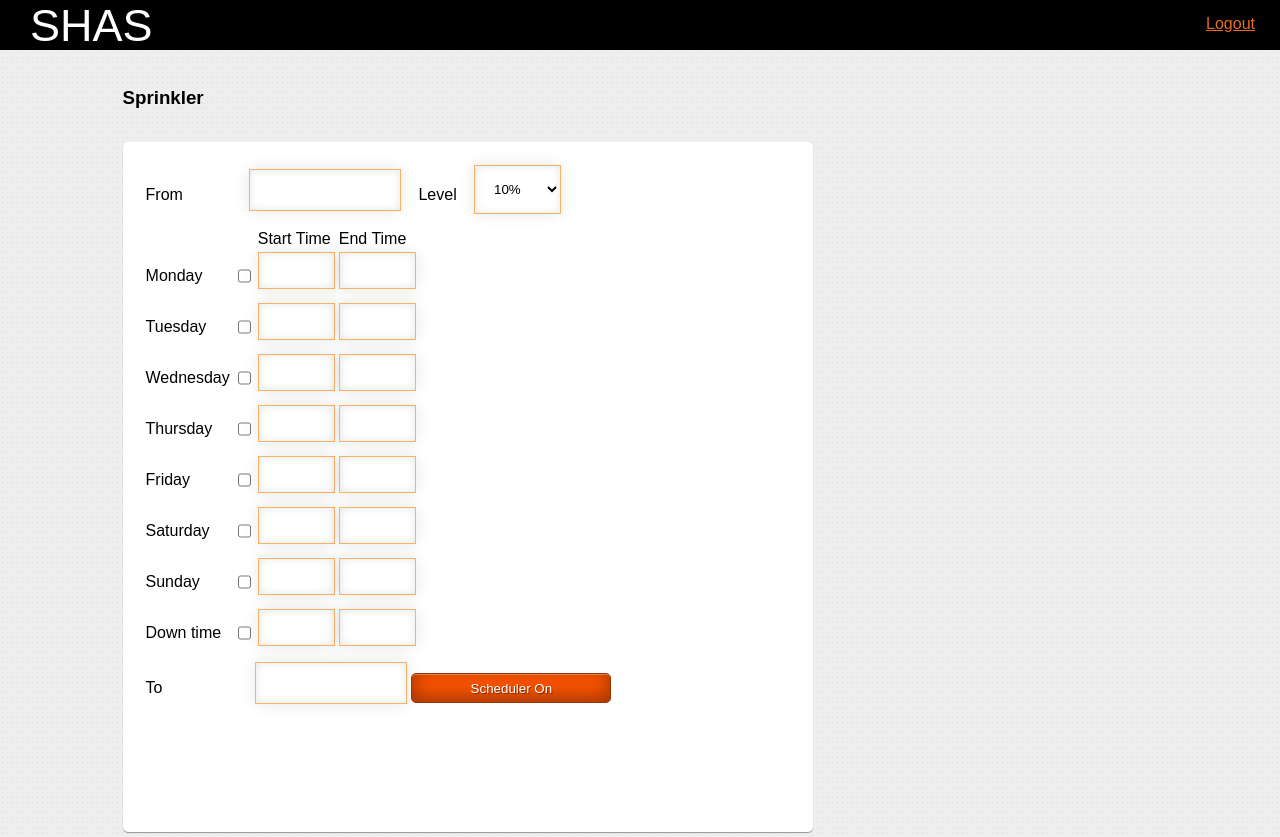
Repository: hassan-stash/shas
Page: http://localhost/SHAS/SprinklerGUI.jsp
These files come from the project's save history. The page is drawn as it stood at one moment and after the next save; the edit follows.
The browser window is 1280 px wide. The pictures show the whole page.
The page is served by Tomcat 9. The template is opened directly, without the code that normally fills it, so the values that code supplies are empty.

Above is the page before, as saved 2013-04-06 23:39:20.
Console error: ReferenceError: initMenu is not defined

After the next save:
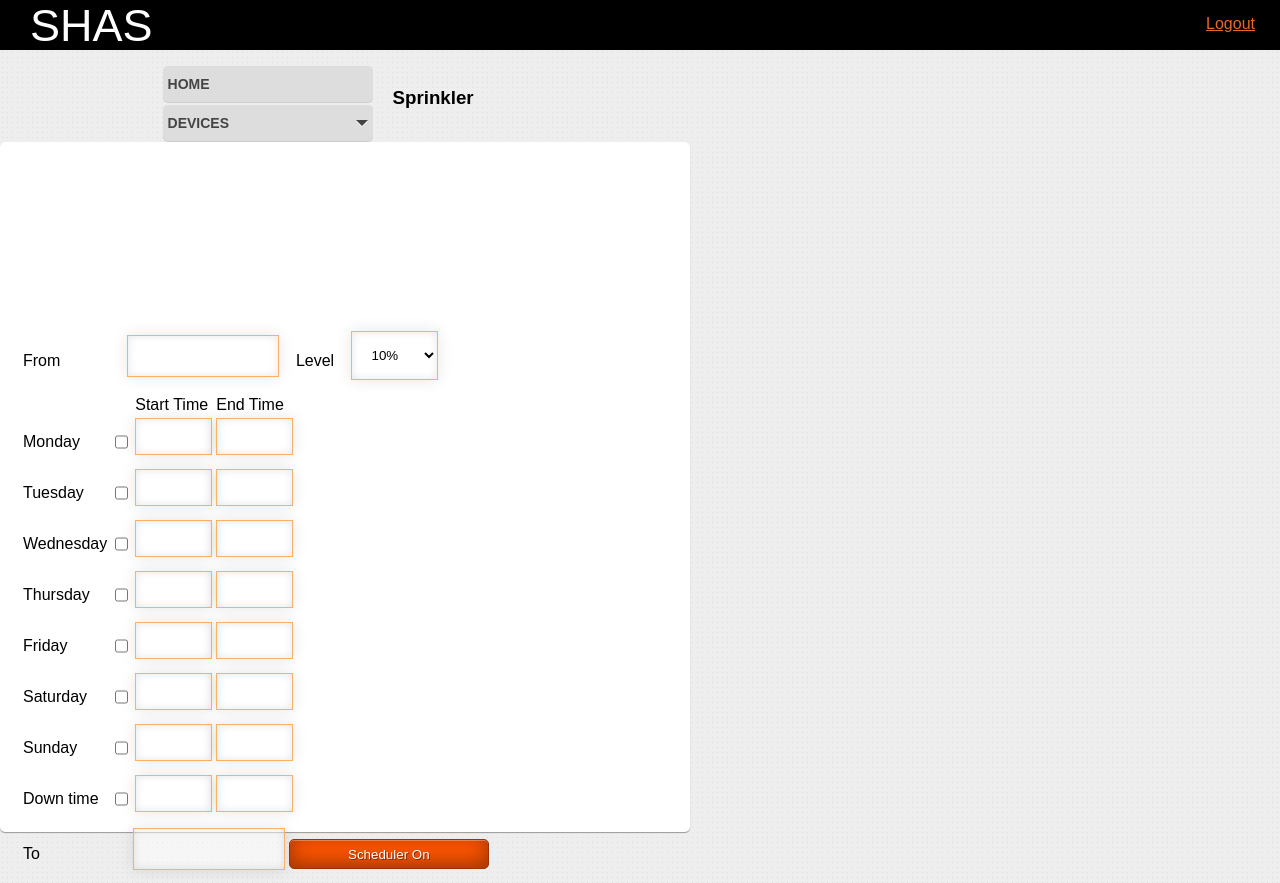
Saved 22 s later.
--- a/SHAS/WebContent/SprinklerGUI.jsp
+++ b/SHAS/WebContent/SprinklerGUI.jsp
@@ -198,6 +198,23 @@
 <!-- end of header -->
 <aside>
 <nav>
+<ul id="menu">
+	<li><a href="#">Home</a></li>
+	<li><a href="#" class="expandable">Devices</a>
+	<ul style="display: none;">
+		<li><a href="SprinklerGUI.jsp">Sprinkler</a></li>
+		<li><a href="#">Thermostat</a></li>
+		<li><a href="light.jsp">Lighting</a></li>
+	</ul>
+	</li>
+	<li><a href="#">Usage Reports</a></li>
+	<li><a href="#">Settings</a></li>
+	<li><a href="#">About</a></li>
+	<li><a href="#">Contact</a></li>
+</ul>
+</nav>
+</aside>
+
 <form name="sprinklerform" action="SprinklerServlet" method="post"><br>
 
 <%
